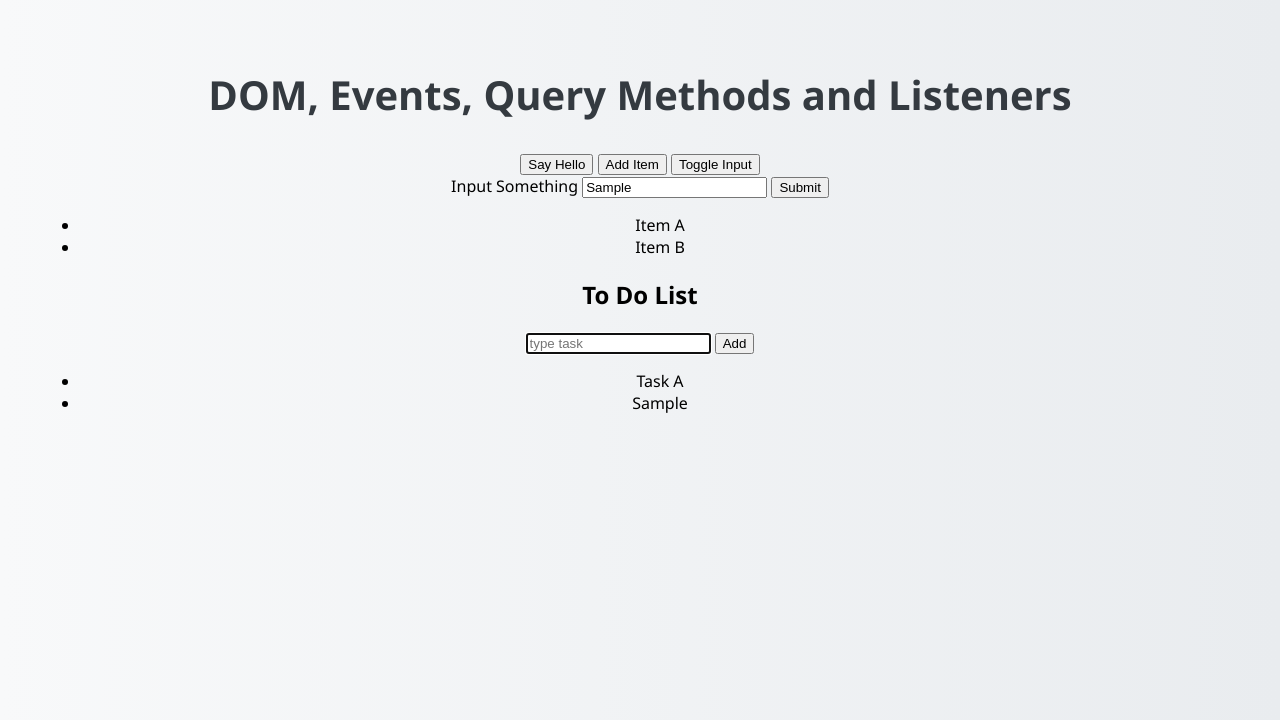
Repository: SiddhantNagaria/Genpact-Training
Page: Java Training/08 first-webmvc/src/main/resources/static/index.html
An editor plug-in stored every save of this project. The page is shown before and after the next save, followed by the edit.
The browser window is 1280 px wide. The pictures show the whole page.
Empty fields were first filled with sample values (such as "Sample", 5 or name@example.com).
After loading, the first visible `#Todo > button` was clicked once.

Above is the page before, as saved 2025-11-17 11:05:09.

### Java Training/08 first-webmvc/src/main/resources/static/index.html
<!DOCTYPE html>
<html>
<head>
<meta charset="ISO-8859-1">
<title>User form</title>
<link rel="stylesheet" href="/css/style.css">
</head>
<body>

	<!-- <h1>Welcome to first web page using Spring boot</h1>
	<br> <br>
	<div class="nav-links">
	<a href='/'>Home</a>
	<a href='/form'>Form</a>
	<a href='/formTag'>Form JSP</a>
	<a href='/about'>About</a>
	<a href='/contact'>Contact</a>
	</div> -->

	<h1>DOM, Events, Query Methods and Listeners</h1>
	<div id="controls">
		<button id="btn-hello" class="btn">Say Hello</button>
		<button id="btn-add" class="btn">Add Item</button>
		<button id="btn-toggle" class="btn">Toggle Input</button>
	</div>

	<form id="demo-form">
		<label for="text-input">Input Something</label> <input id="text-input"
			type="text" />
		<button id="submit-btn" class="btn" type="submit">Submit</button>
	</form>
	<ul id="items-list">
		<li class="item">Item A</li>
		<li class="item">Item B</li>
	</ul>



	<div id="Todo">
		<h2>To Do List</h2>
		<input type="text" id="todoInput" placeholder="type task" />
		<button onClick="addTodo()">Add</button>
		<ul id="todoList">
			<li class="todoItem">Task A</li>
		</ul>
	</div>

	<div class="log" id="log"></div>

	<script src="js/app2.js"></script>
</body>
</html>

### Java Training/08 first-webmvc/src/main/resources/static/css/style.css
body {
	font-family: 'Segoe UI', Tahoma, Geneva, Verdana, sans-serif;
	background: linear-gradient(to right, #f8f9fa, #e9ecef);
	margin: 0;
	padding: 40px;
	text-align: center;
}

h1 {
	color: #343a40;
	font-size: 2.5em;
	margin-bottom: 30px;
}

.nav-links {
	display: flex;
	justify-content: center;
	gap: 20px;
	margin-top: 20px;
}

.nav-links a {
	text-decoration: none;
	padding: 12px 24px;
	background-color: #007bff;
	color: white;
	border-radius: 8px;
	transition: background-color 0.3s ease;
	font-weight: bold;
}

.nav-links a:hover {
	background-color: #0056b3;
}

.contact-form {
	background-color: #ffffff;
	padding: 30px 40px;
	border-radius: 10px;
	box-shadow: 0 4px 12px rgba(0, 0, 0, 0.1);
	width: 100%;
	max-width: 500px;
	position: relative;
}

.contact-form h2 {
	margin-bottom: 20px;
	color: #333;
	text-align: center;
}

.contact-form label {
	display: block;
	margin-bottom: 8px;
	font-weight: bold;
	color: #555;
}

.contact-form input {
	width: 100%;
	padding: 10px;
	margin-bottom: 20px;
	border: 1px solid #ccc;
	border-radius: 6px;
	font-size: 14px;
}

.contact-form button {
	width: 100%;
	padding: 12px;
	background-color: #007bff;
	color: white;
	border: none;
	border-radius: 6px;
	font-size: 16px;
	cursor: pointer;
	transition: background-color 0.3s ease;
}

.contact-form button:hover {
	background-color: #0056b3;
}

.contact-form a {
	color: #007bff;
	text-decoration: none;
}

.contact-form a:hover {
	text-decoration: underline;
}

### Java Training/08 first-webmvc/src/main/resources/static/js/app2.js
/*

	DOM = Document object model

	tree like representation of the html document , - the browser build when it loads the page.
	every html element becomes a node
	Js can read and modify the DOM to change content, structure and style while the page is running

DOM in JS - programming interface for web based documents
	- where each object corresponds to a part of the document - element , attributetext

enabling interactive and dynamic web features

QUery methods - access DOM nodes

*/

document.getElementById
document.getElementsByTagName
document.getElementsByClassName
document.querySelector
document.querySelectorAll

/*
Events -  action that happen in the browser - click, input, submit, mouseover
- event occur - the browser creates an event object => sent to event handlers
*/


/*

event.type		//type of element
event.target 	//actual elemnt that triggered the event
event.currentTarget		//element the handler is attached to
event.preventDefault	// prevent the browser default action
event.stopPropagation			// stop the event moving further


*/
//Event Listeners :

const btnHello = document.getElementById('btn-hello');
const btnAdd = document.querySelector('#btn-add');
const btnToggle = document.querySelector("#btn-toggle");
const form = document.getElementById('demo-form');
const input = document.getElementById('text-input');
const itemList = document.getElementById('items-list');
const log = document.getElementById('log');
const items = document.querySelectorAll('#items-list.item');


function appendLog(message) {
	const time = new Date().toLocaleTimeString();
	log.textContent += `\n[${time} ${message}]\n`;
	log.scrollTop = log.scrollHeight;	// log auto -scrolls
}


//Event listeners

// 	1. hello button click event
btnHello.addEventListener('click', function(ev) {
	appendLog('Hello button clicked');
	alert("Hello from hello button");
});

//	2. Add Item Button - dynamically add list items
btnAdd.addEventListener('click', function(ev) {
	const li = document.createElement("li");
	li.className = 'item';
	li.textContent = 'item' + (itemList.children.length + 1);
	itemList.appendChild(li);
	appendLog('Added : ' + li.textContent);
});

//	3. Toggle (show hide) input visibility

btnToggle.addEventListener('click', () => {
	/*if (input.classList.contains('hidden')) {
		input.classList.remove('hidden');
		appendLog('input shown');
	} else {
		input.classList.add('hidden');
		appendLog('input hidden');
	}*/
	if (input.style.display === 'none') {
		input.style.display = 'inline-block';
		appendLog('input shown');
	}
	else {
		input.style.display = 'none';
		appendLog('input hidden');
	}
});

// 4. submit - form submit preventDefault
form.addEventListener('submit', function(event) {
	event.preventDefault();
	const value = input.value.trim();
	if (value) {
		appendLog('form submitted with ' + value);
		input.value = "";
	} else {
		appendLog("form submitted with empty input");
	}
})



/////////////////////////////////////////////////////////////////////////////

//Assignment -  To Do List
// input box - user type task
// add task button
// task get added in a list
// for every item, there should be a delete button

function addTodo() {
	const todoInput = document.getElementById("todoInput");
	const todoText = todoInput.value.trim();
	if (!todoText) return;
	const todoList = document.getElementById("todoList");
	const listItem = document.createElement("li");
	listItem.className = "todoItem";
	listItem.textContent = todoText;
	todoList.appendChild(listItem);
	todoInput.value = ""; // clear input
	todoInput.focus();

	const deleteBtn = document.createElement("button");
	deleteBtn.textContent = "Delete";
	deleteBtn.style.marginLeft = "10px";
	deleteBtn.onclick = () => listItem.remove();


}

After the next save:
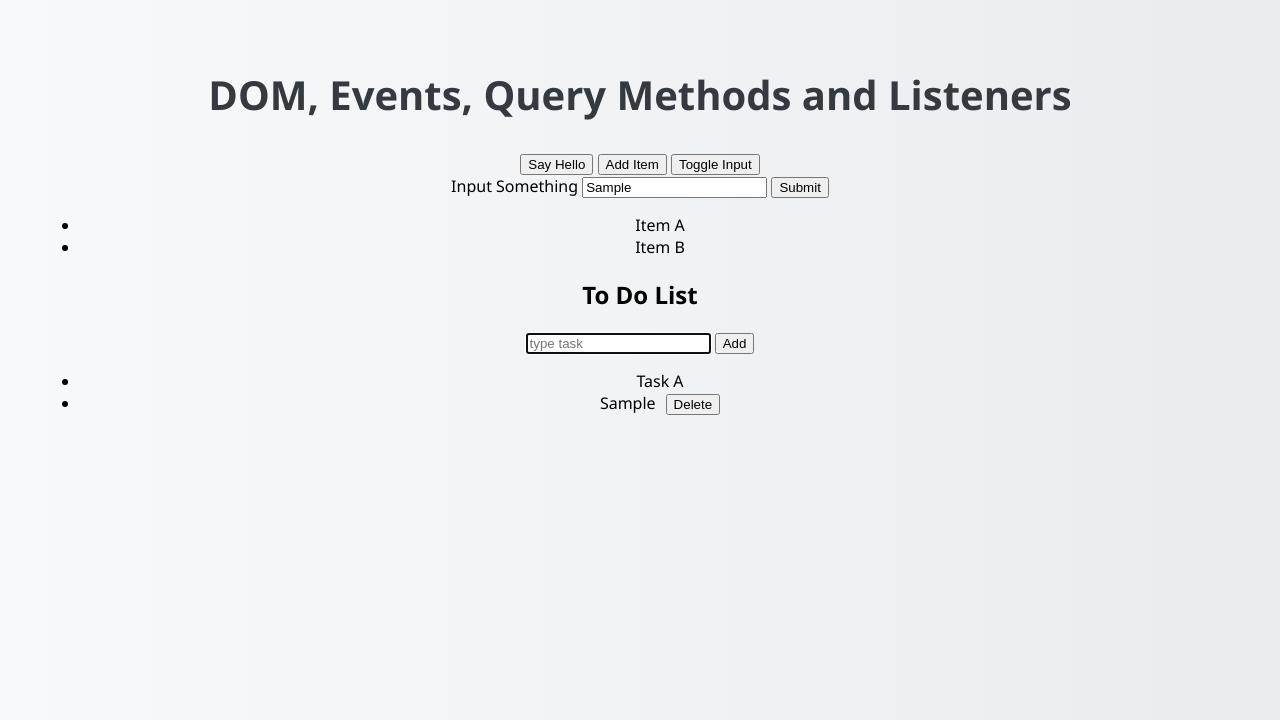
Saved 41 s later.
--- a/Java Training/08 first-webmvc/src/main/resources/static/js/app2.js
+++ b/Java Training/08 first-webmvc/src/main/resources/static/js/app2.js
@@ -131,6 +131,11 @@ function addTodo() {
 	deleteBtn.textContent = "Delete";
 	deleteBtn.style.marginLeft = "10px";
 	deleteBtn.onclick = () => listItem.remove();
+	listItem.appendChild(deleteBtn);
+	todoList.appendChild(listItem);
+	todoInput.value = "";
+	todoInput.focus();
+
 
 
 }
